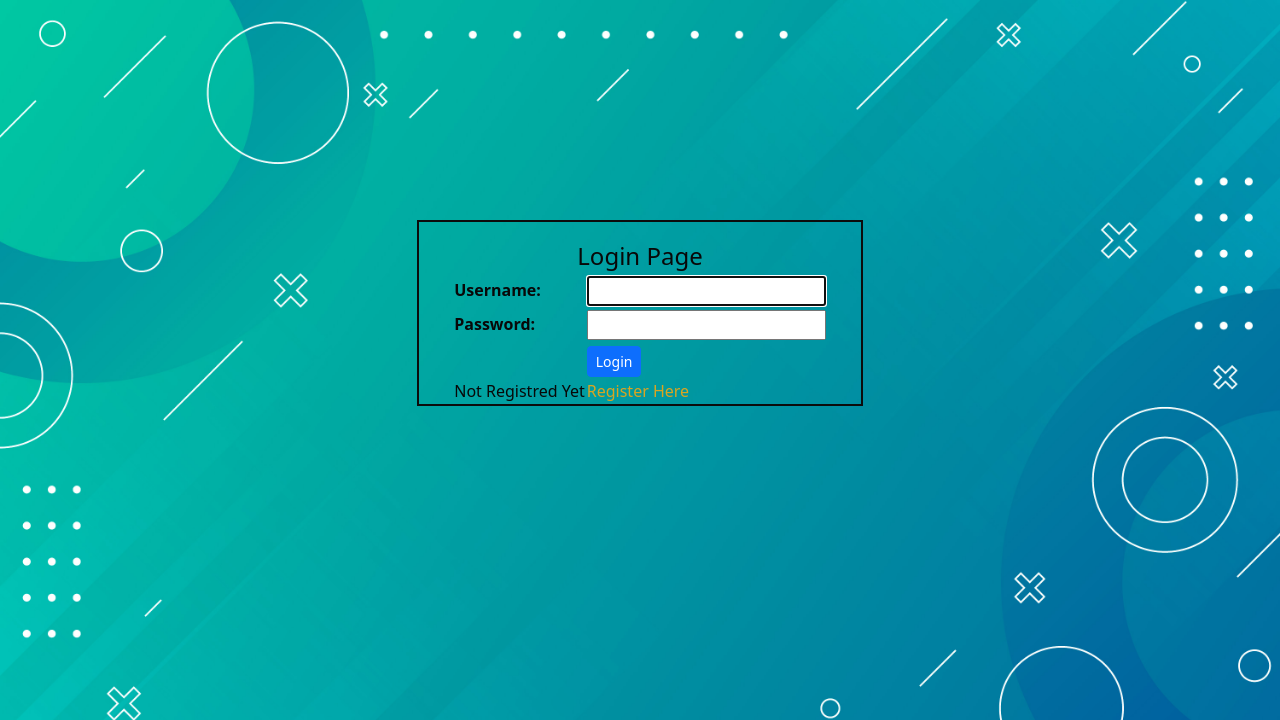
Repository: AbakashRonny/Institute-Management
Page: http://localhost/CodeDaisApp/login/
An editor plug-in stored every save of this project. The page is shown before and after the next save, followed by the edit.
The browser window is 1280 px wide. The pictures show the whole page.
The page is served by the project's application, run on Django 5.2 (manage.py).

Above is the page before, as saved 2024-06-17 03:30:29.

After the next save:
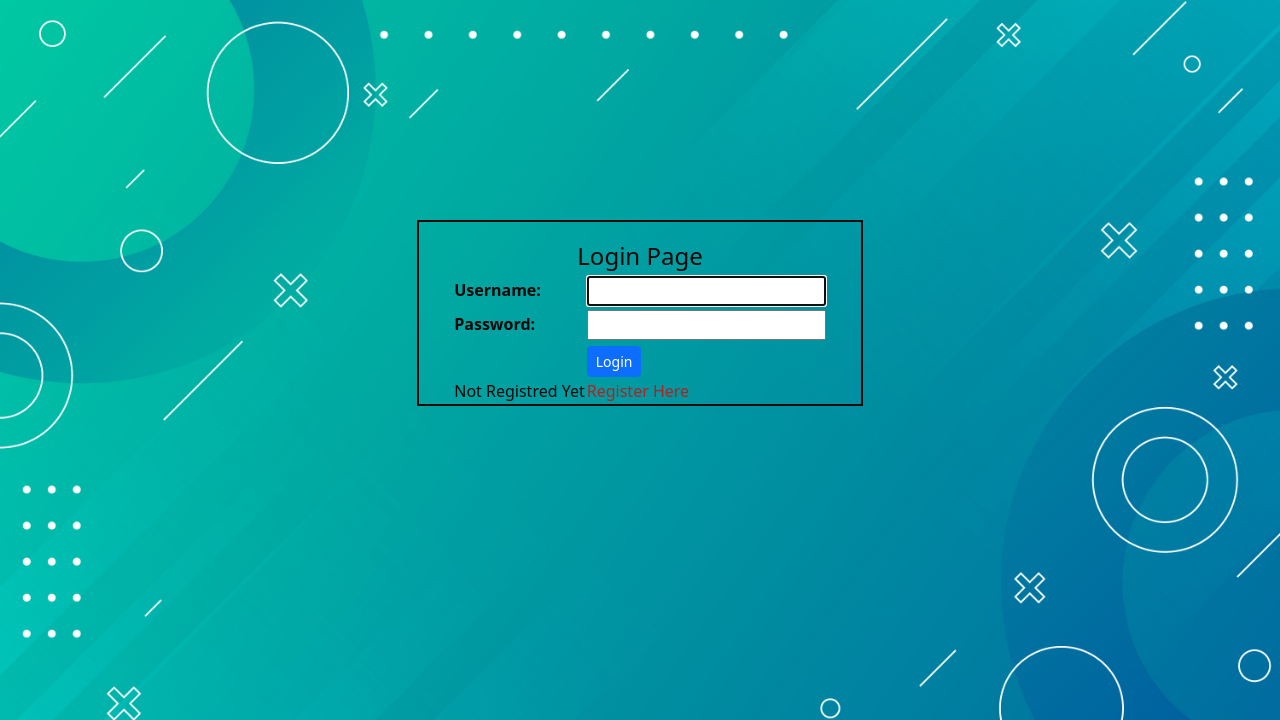
Saved 52 s later.
--- a/templates/CodeDaisApp/login.html
+++ b/templates/CodeDaisApp/login.html
@@ -55,7 +55,7 @@
             </tr>
             <tr>
               <td>Not Registred Yet</td>
-              <td><a href="{% url 'signup' %}" style="color: goldenrod;">Register Here</a></td>
+              <td><a href="{% url 'signup' %}" style="color:firebrick">Register Here</a></td>
             </tr>
         </table>
         </form>
